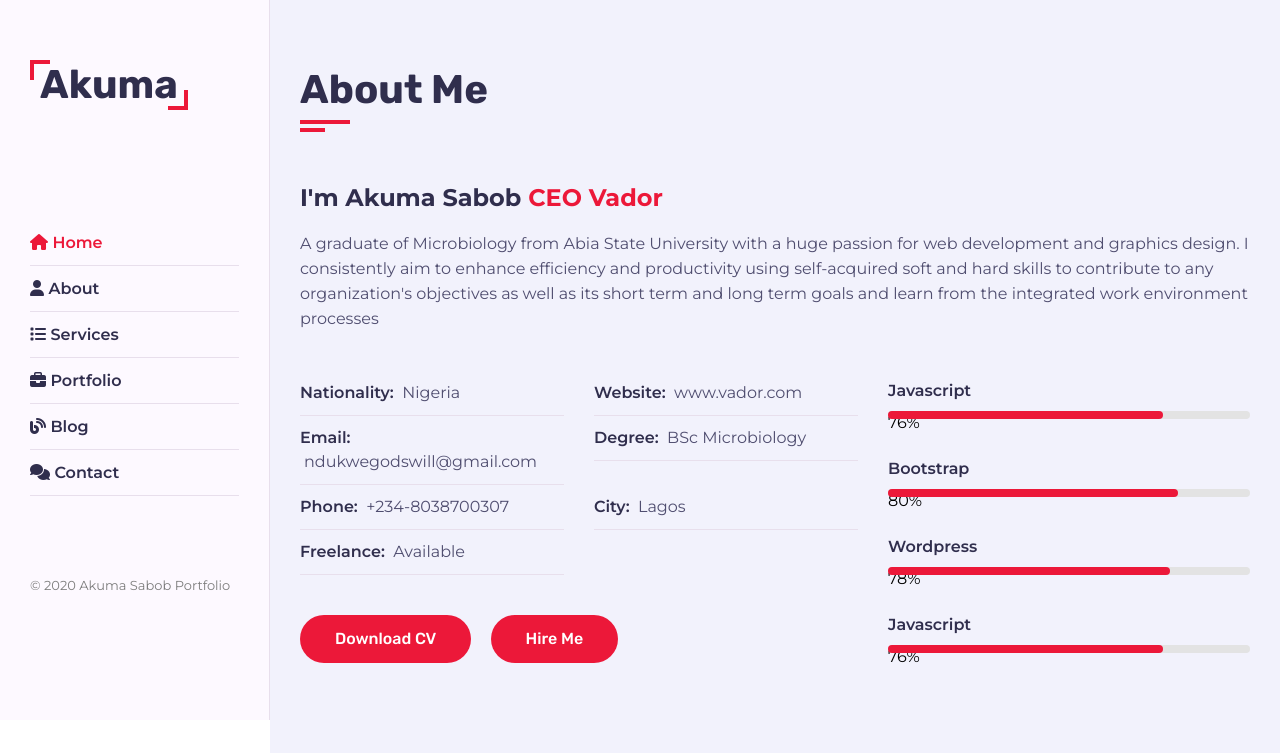
Repository: Akuma001/MY-Portfolio
Page: index.html
These files come from the project's save history. The page is drawn as it stood at one moment and after the next save; the edit follows.
The browser window is 1280 px wide. The pictures show the whole page.
Some web libraries are served in a nearby version.

Above is the page before, as saved 2020-12-13 20:59:06.

### index.html
<!DOCTYPE html>
<html lang="en">
<head>
  <title>Akuma Sabob</title>
  <meta charset="utf-8">
  <meta name="viewport" content="width=device-width, initial-scale=1">
   <!-- Template css Files -->
	<link rel="stylesheet" href="./css/style.css" type="text/css">
  <link rel="stylesheet" href="./css/skins/pink.css" type="text/css">
  <!-------Favcon icon-------->
  <link href="./images/favicon.ico" rel="icon" type="image/x-icon" />
  <!------------Font-Awesome---------------->
  <script src="https://kit.fontawesome.com/bd6f97032f.js" crossorigin="anonymous"></script>
</head>
<body>
<!-----------Main------------->
<div class="main-container">
<!-----------Side------------->
  <div class="aside">
    <div class="logo">
      <a href="#">Akuma</a>
    </div>

     <!----------Nav toggler---------->
     <div class="nav-toggler">
       <span></span>
     </div>
     <!----------Nav toggler---------->

    <!----------Nav Bar---------->
    <ul class="nav">
      <li><a href="#" class="active"><i class="fa fa-home"></i> Home</a></li>
      <li><a href="#"><i class="fa fa-user"></i> About</a></li>
      <li><a href="#"><i class="fa fa-list"></i> Services</a></li>
      <li><a href="#"><i class="fa fa-briefcase"></i> Portfolio</a></li>
      <li><a href="#"><i class="fas fa-blog"></i> Blog</a></li>
      <li><a href="#"><i class="fa fa-comments"></i> Contact</a></li>
    </ul>
    <div class="copyright-text">
      &copy; 2020 Akuma Sabob Portfolio
    </div>

  </div>
<!-----------Side End------------->

<!-----------Main content------------->
  <div class="main-content">

    <section class="home section hidden">
      <div class="container">
        <div class="intro">
          <img src="./images/profile.jpg" alt="Profile" class="shadow-dark">
          <h1>Akuma Sabob</h1>
          <p>I'm a web-developer <br> I'm graphics designer</p>
          <div class="social-link">
            <a href="#"><i class="fa fa-twitter"></i></a>
            <a href="#"><i class="fa fa-instagram"></i></a>
            <a href="#"><i class="fa fa-linkedin"></i></a>
            <a href="#"><i class="fas fa-code-branch"></i></a>
          </div>
        </div>
      </div>
    </section>

    <!-----------About------------->

      <section class="about section">
        <div class="container">
          <div class="row">
            <div class="section-title padd-15">
              <h2>About Me</h2>
            </div>
          </div>
          <div class="row">
            <div class="about-content padd-15">
              <div class="row">
                <div class="about-text padd-15">
                  <h3>I'm Akuma Sabob <span> CEO Vador </span></h3>
                  <p>A graduate of Microbiology from Abia State University with a huge
                    passion for web development and graphics design. I consistently aim
                    to enhance efficiency and productivity using self-acquired soft and
                    hard skills to contribute to any organization's objectives as well as its
                    short term and long term goals and learn from the integrated work
                    environment processes</p>
                </div>
              </div>
              <div class="row">
                <div class="personal-info padd-15">
                  <div class="row">
                    <div class="info-item padd-15">
                      <p>Nationality: <span>Nigeria</span></p>
                    </div>
                    <div class="info-item padd-15">
                      <p>Website: <span>www.vador.com</span></p>
                    </div>
                    <div class="info-item padd-15">
                      <p>Email: <span>ndukwegodswill@gmail.com</span></p>
                    </div>
                    <div class="info-item padd-15">
                      <p>Degree: <span>BSc Microbiology</span></p>
                    </div>
                    <div class="info-item padd-15">
                      <p>Phone: <span>+234-8038700307</span></p>
                    </div>
                    <div class="info-item padd-15">
                      <p>City: <span>Lagos</span></p>
                    </div>
                    <div class="info-item padd-15">
                      <p>Freelance: <span>Available</span></p>
                    </div>
                  </div>
                  <div class="row">
                    <div class="buttons padd-15">
                      <a href="#" class="btn">Download CV</a>
                      <a href="#" class="btn">Hire Me</a>
                    </div>
                  </div>
                </div>
                <div class="skills padd-15">
                  <div class="row">
                    <div class="skill-item padd-15">
                      <h5>Javascript</h5>
                      <div class="progress">
                        <div class="progress-in" style="width: 76%;"></div>
                        <div class="skill-percent">76%</div>
                      </div>
                    </div>
                    <div class="skill-item padd-15">
                      <h5>Bootstrap</h5>
                      <div class="progress">
                        <div class="progress-in" style="width: 80%;"></div>
                        <div class="skill-percent">80%</div>
                      </div>
                    </div>
                    <div class="skill-item padd-15">
                      <h5>Wordpress</h5>
                      <div class="progress">
                        <div class="progress-in" style="width: 78%;"></div>
                        <div class="skill-percent">78%</div>
                      </div>
                    </div>
                    <div class="skill-item padd-15">
                      <h5>Javascript</h5>
                      <div class="progress">
                        <div class="progress-in" style="width: 76%;"></div>
                        <div class="skill-percent">76%</div>
                      </div>
                    </div>
                  </div>
                </div>
              </div>
            </div>
          </div>
        </div>
      </section>

    <!-----------About End------------->
  </div>
<!-----------Main content End------------->
</div>
<!-----------Main------------->
</body>
</html>

### css/style.css

 /*Font Awesome Free Icon*/
 @import url("https://stackpath.bootstrapcdn.com/font-awesome/4.7.0/css/font-awesome.min.css");
 /*Google fonts*/
 @import url('https://fonts.googleapis.com/css?family=Montserrat:400,500,600,700&display=swap');
 @import url('https://fonts.googleapis.com/css?family=Rubik:500,700,900&display=swap');


body{
    margin: 0;
    line-height: 1.5;
    font-size: 16px;
    font-family: 'Montserrat', sans-serif;
    font-weight: 400;
}
*{
    margin: 0;
    padding: 0;
    outline: none;
    text-decoration: none;
    box-sizing: border-box;
}
::before, ::after{
    box-sizing: border-box;
}

.section{
    background-color: #f2f2fc;
    min-height: 100vh;
    display: block;
    padding: 0 30px;
}
.section .container{
    padding-top: 60px;
    padding-bottom: 70px;
}
.section-title{
    -ms-flex: 0 0 100%;
    flex: 0 0 100%;
    max-width: 100%;
    margin-bottom: 60px;
}
.section-title h2{
    font-size: 40px;
    color: #302e4d;
    font-family: 'Rubik', sans-serif;
    font-weight: 700;
    margin: 0;
    position: relative;
}
.section-title h2::before{
    content: '';
    height: 4px;
    width: 50px;
    position: absolute;
    top: 100%;
    left: 0;
}
.section-title h2::after{
    content: '';
    height: 4px;
    width: 25px;
    position: absolute;
    top: 100%;
    left: 0;
    margin-top: 8px;
}
.row{
    display: -ms-flexbox;
    display: flex;
    -ms-flex-wrap: wrap;
    flex-wrap: wrap;
    margin-right: -15px;
    margin-left: -15px;
    position: relative;
}
.padd-15{
    padding-left: 15px;
    padding-right: 15px;
}
.main-content{
    padding-left: 270px;
}

.container{
    max-width: 1100px;
    width: 100%;
    margin: auto;
}
.shadow-dark{
    -webkit-box-shadow: 0 0 20px rgba(48, 46, 77, 0.15);
    box-shadow: 0 0 20px rgba(48, 46, 77, 0.15);
}
.btn{
    font-size: 16px;
    font-family: 'Rubik', sans-serif;
    font-weight: 500;
    padding: 12px 35px;
    color: #ffffff;
    border-radius: 40px;
    -webkit-transition: all 0.3s ease;
    transition: all 0.3s ease;
    display: inline-block;
    white-space: nowrap;
}
.btn:hover{
    -webkit-transform: scale(1.05);
    transform: scale(1.05);
}
.hidden{
    display: none !important;
}

 /*    aside  */
 .aside{
     width: 270px;
     background-color: #fdf9ff;
     position: fixed;
     height: 100%;
     left: 0;
     top: 0;
     z-index: 10;
     border-right: 1px solid #e8dfec;
     padding: 30px;
 }


 .aside .logo{
    padding: 30px 0;
 }
 .aside .logo a{
     font-size: 40px;
     color: #302e4d;
     font-family: 'Rubik', sans-serif;
     font-weight: 700;
     text-decoration: none;
     display: inline-block;
     position: relative;
     padding: 0 10px;
     line-height: 50px;
 }
 .aside .logo a::before{
     content: '';
     height: 20px;
     width: 20px;
     position: absolute;
     top: 0;
     left: 0;
 }
 .aside .logo a::after{
    content: '';
    height: 20px;
    width: 20px;
    position: absolute;
    bottom: 0;
    right: 0;
 }
 .aside .nav-toggler{
     height: 40px;
     width: 45px;
     border: 1px solid #d4d4e3;
     cursor: pointer;
     position: fixed;
     left: 300px;
     top: 30px;
     z-index: 11;
     border-radius: 5px;
     background-color: #fdf9ff;
     /*
     display: -ms-flexbox;
     display: flex;
     */
     display: none;
     -ms-flex-align: center;
     align-items: center;
     -ms-flex-pack: center;
     justify-content: center;
 }
 .aside .nav-toggler span{
    height: 2px;
    width: 18px;
    display: inline-block;
    position: relative;
 }
 .aside .nav-toggler span::before{
     content: '';
     height: 2px;
     width: 18px;
     position: absolute;
     top: -6px;
     left: 0;
 }
 .aside .nav-toggler span::after{
    content: '';
    height: 2px;
    width: 18px;
    position: absolute;
    top: 6px;
    left: 0;
}
 .aside .nav{
    list-style: none;
     margin: 80px 0;
     padding: 0;
 }
 .aside .nav li{
     display: block;
 }
 .aside .nav li a{
     font-size: 16px;
     font-weight: 600;
     color: #302e4d;
     text-decoration: none;
     line-height: 45px;
     display: block;
     border-bottom: 1px solid #e8dfec;
     -webkit-transition: all 0.3s ease;
     transition: all 0.3s ease;
     text-transform: capitalize;
 }
 .aside .nav li a:not(.active):hover{
     padding-left: 5px;
 }
 .aside .nav li a fa{
     margin-right: 5px;
 }
 .aside .copyright-text{
    font-size: 13px;
    color: #7d7d7d;
 }

 /*    Home      */

 .home{
     min-height: 100vh;
     display: -ms-flexbox;
     display: flex;
 }

 .home .intro{
     text-align: center;
 }

 .home .intro img{
     height: 200px;
     width: 200px;
     border-radius: 50%;
     display: inline-block;
     border: 8px solid #ffffff;
 }

 .home .intro h1{
     font-size: 30px;
     color: #302e4d;
     font-family: 'Rubik', sans-serif;
     font-weight: 700;
     margin: 20px 0 5px;
 }
 .home .intro p{
     font-size: 16px;
     font-weight: 500;
     margin: 0%;
     line-height: 22px;
     color: #504e70;
 }

 .home .intro .social-link{
     margin-top: 25px;
 }

 .home .intro .social-link a{
     height: 35px;
     width: 35px;
     display: inline-block;
     text-align: center;
     line-height: 35px;
     color: #ffffff;
     margin: 0 4px;
     border-radius: 50%;
     text-decoration: none;
     -webkit-transition: all 0.3s ease;
     transition: all 0.3s ease;
 }

 .home .intro .social-link a:hover{
    -webkit-transform: scale(1.1);
    transform: scale(1.1);
 }


 /*      About Section     */

.about .about-content{
    -ms-flex: 0 0 100%;
    flex: 0 0 100%;
    max-width: 100%;
}
.about .about-content .about-text{
    -ms-flex: 0 0 100%;
    flex: 0 0 100%;
    max-width: 100%;
}
.about .about-content .about-text h3{
    font-size: 24px;
    margin-bottom: 15px;
    font-weight: 700;
    color: #302e4d;
}
.about .about-content .about-text p{
    font-size: 16px;
    line-height: 25px;
    color: #504e70;
    margin: 0;
}

.about .about-content .personal-info{
    /* background-color: red; */
    -ms-flex: 0 0 60%;
    flex: 0 0 60%;
    max-width: 60%;
    margin-top: 40px;
}
.about .about-content .personal-info .info-item{
    -ms-flex: 0 0 50%;
    flex: 0 0 50%;
    max-width: 50%;
}
.about .about-content .personal-info .info-item p{
    font-weight: 600;
    padding: 10px 0;
    font-size: 16px;
    color: #302e4d;
    margin: 0;
    border-bottom: 1px solid #e8dfec;

}
.about .about-content .personal-info .info-item p span{
    font-weight: 400;
    color: #504e70;
    margin-left: 4px;
    display: inline-block;
}
.about .about-content .personal-info .buttons{
    margin-top: 30px;
}
.about .about-content .personal-info .buttons .btn{
    margin-right: 15px;
    margin-top: 10px;
}
.about .about-content .skills{
    /* background-color: blue; */
    -ms-flex: 0 0 40%;
    flex: 0 0 40%;
    max-width: 40%;
    margin-top: 40px;
}

.about .about-content .skills .skill-item{
    -ms-flex: 0 0 100%;
    flex: 0 0 100%;
    max-width: 100%;
}

.about .about-content .skills .skill-item h5{
    line-height: 40px;
    font-weight: 600;
    font-size: 16px;
    color: #302e4d;
    text-transform: capitalize;
    margin: 0;
}
.about .about-content .skills .skill-item .progress{
    background-color: #e3e3e3;
    height: 8px;
    border-radius: 4px;
    width: 100%;
    position: relative;
}
.about .about-content .skills .skill-item{
    margin-bottom: 30px;
}
.about .about-content .skills .skill-item .progress .progress-in{
    position: absolute;
    left: 0;
    top: 0;
    height: 100%;
    border-radius: 4px;
}
.about .about-content .skills .skill-item .skill-percent{
    /* display: none; */
}

### css/skins/pink.css
.aside .logo a::before{
    border-top: 4px solid #ec1839;
    border-left: 4px solid #ec1839;
}

.aside .logo a::after{
    border-right: 4px solid #ec1839;
    border-bottom: 4px solid #ec1839;
}

.about .about-content .about-text h3 span,
.aside .nav li a:hover,
.aside .nav li a.active{
    color: #ec1839;
}

.about .about-content .skills .skill-item .progress .progress-in,
.btn,
.section-title h2::after,
.section-title h2::before,
.aside .nav-toggler span,
.aside .nav-toggler span::before,
.aside .nav-toggler span::after,
.home .intro .social-link a{
    background-color: #ec1839;
}

After the next save:
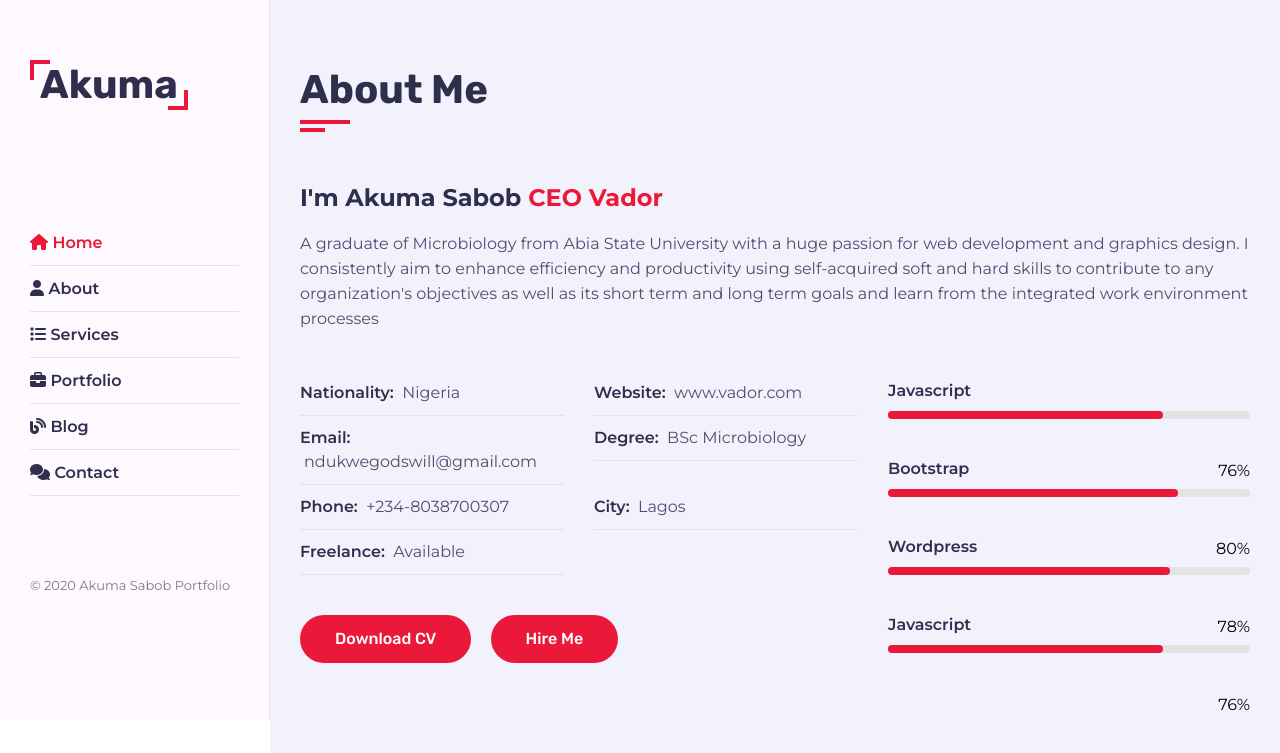
Saved 59 s later.
--- a/css/style.css
+++ b/css/style.css
@@ -388,4 +388,8 @@ body{
 }
 .about .about-content .skills .skill-item .skill-percent{
     /* display: none; */
-}
+    line-height: 40px;
+    position: absolute;
+    right: 0;
+    top: 40px;
+}
